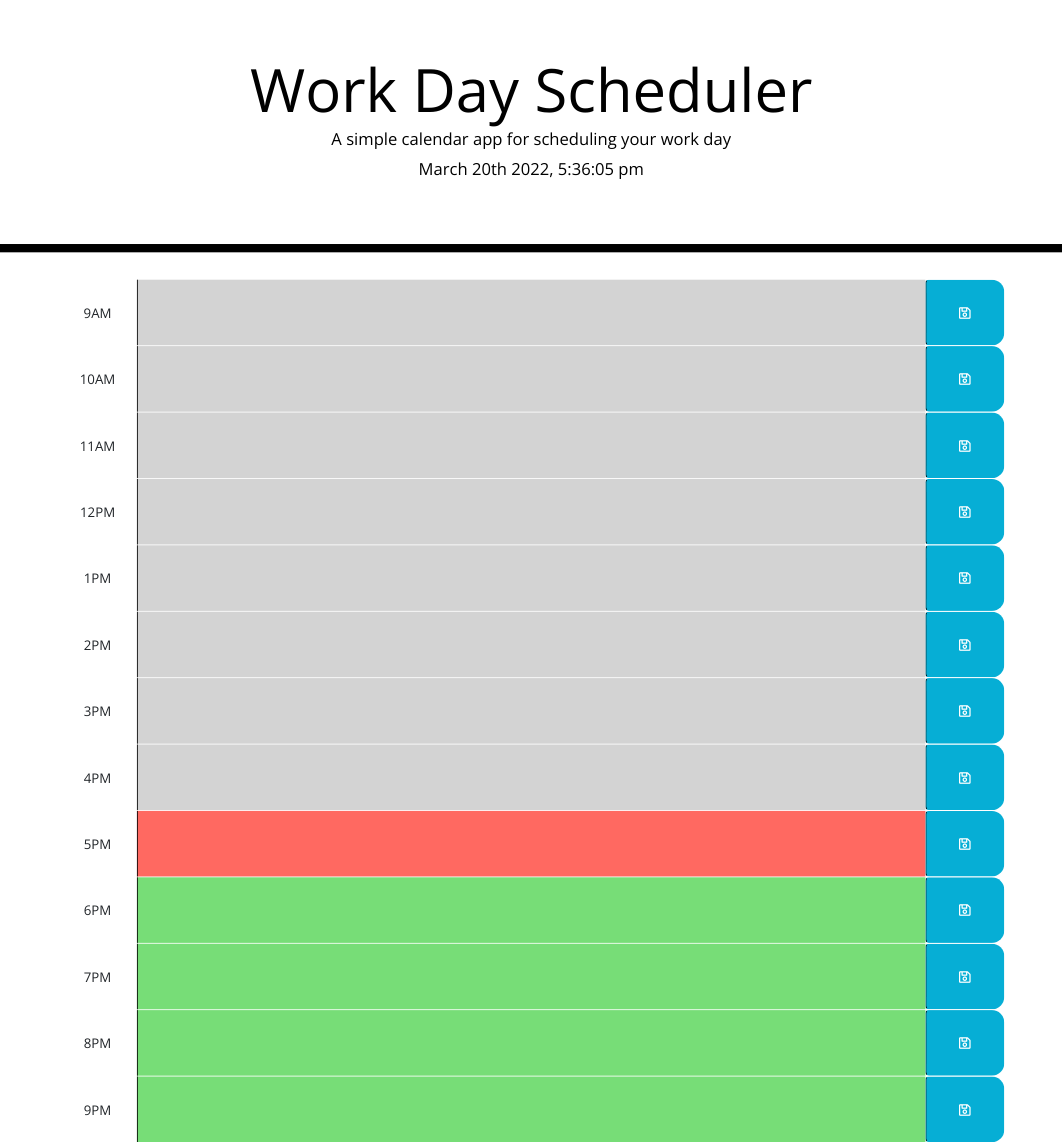
Repository: cobalt88/work-day-scheduler
Page: index.html
The author's editor kept a copy of each file at every save. The page is drawn from the files as they stood at one save, then again after the next save.
The browser window is 1280 px wide. The pictures show the whole page, at 83% of full size.
Some web libraries are served in a nearby version.

Above is the page before, as saved 2022-03-25 19:10:39.

### index.html
<!DOCTYPE html>
<html lang="en">
  <head>
    <meta charset="UTF-8" />
    <meta name="viewport" content="width=device-width, initial-scale=1.0" />
    <meta http-equiv="X-UA-Compatible" content="ie=edge" />
    <link
      rel="stylesheet"
      href="https://stackpath.bootstrapcdn.com/bootstrap/4.3.1/css/bootstrap.min.css"
    />
    <link
      rel="stylesheet"
      href="https://use.fontawesome.com/releases/v5.8.1/css/all.css"
      integrity="sha384-50oBUHEmvpQ+1lW4y57PTFmhCaXp0ML5d60M1M7uH2+nqUivzIebhndOJK28anvf"
      crossorigin="anonymous"
    />
    <link
      href="https://fonts.googleapis.com/css?family=Open+Sans&display=swap"
      rel="stylesheet"
    />
    <link rel="stylesheet" href="./assets/style.css" />
    <title>Work Day Scheduler</title>
  </head>

  <body>
    <header class="jumbotron">
      <h1 class="display-3">Work Day Scheduler</h1>
      <p class="lead">A simple calendar app for scheduling your work day</p>
      <p id="currentDay" class="lead"></p>
    </header>
    <div class="container">
      <!-- Timeblocks go here -->

      <div class="row time-block" id="9">
        <div class="col-xl-1  col-md-1 col-2">
          9AM
        </div>
        <textarea class="col-xl-10 col-md-10 col-8 "></textarea>
        <button class="btn saveBtn col-xl-1 col-md-1 col-2 far fa-save description"></button>
      </div>

      <div class="row time-block" id="10">
        <div class="col-xl-1 col-md-1 col-2">
          10AM
        </div>
        <textarea class="col-xl-10 col-md-10 col-8 "></textarea>
        <button class="btn saveBtn col-xl-1 col-md-1 col-2 far fa-save description"></button>
      </div>

      <div class="row time-block" id="11">
        <div class="col-xl-1 col-md-1 col-2">
          11AM
        </div>
        <textarea class="col-xl-10 col-md-10 col-8 "></textarea>
        <button class="btn saveBtn col-xl-1 col-md-1 col-2 far fa-save description"></button>
      </div>

      <div class="row time-block" id="12">
        <div class="col-xl-1 col-md-1 col-2">
          12PM
        </div>
        <textarea class="col-xl-10 col-md-10 col-8 "></textarea>
        <button class="btn saveBtn col-xl-1 col-md-1 col-2 far fa-save description"></button>
      </div>

      <div class="row time-block" id="13">
        <div class="col-xl-1 col-md-1 col-2">
          1PM
        </div>
        <textarea class="col-xl-10 col-md-10 col-8 "></textarea>
        <button class="btn saveBtn col-xl-1 col-md-1 col-2 far fa-save description"></button>
      </div>

      <div class="row time-block" id="14">
        <div class="col-xl-1 col-md-1 col-2">
          2PM
        </div>
        <textarea class="col-xl-10 col-md-10 col-8 "></textarea>
        <button class="btn saveBtn col-xl-1 col-md-1 col-2 far fa-save description"></button>
      </div>

      <div class="row time-block" id="15">
        <div class="col-xl-1 col-md-1 col-2">
          3PM
        </div>
        <textarea class="col-xl-10 col-md-10 col-8 "></textarea>
        <button class="btn saveBtn col-xl-1 col-md-1 col-2 far fa-save description"></button>
      </div>

      <div class="row time-block" id="16">
        <div class="col-xl-1 col-md-1 col-2">
          4PM
        </div>
        <textarea class="col-xl-10 col-md-10 col-8 "></textarea>
        <button class="btn saveBtn col-xl-1 col-md-1 col-2 far fa-save description"></button>
      </div>

      <div class="row time-block" id="17">
        <div class="col-xl-1 col-md-1 col-2">
          5PM
        </div>
        <textarea class="col-xl-10 col-md-10 col-8 "></textarea>
        <button class="btn saveBtn col-xl-1 col-md-1 col-2 far fa-save description"></button>
      </div>

      <div class="row time-block" id="18">
        <div class="col-xl-1 col-md-1 col-2">
          6PM
        </div>
        <textarea class="col-xl-10 col-md-10 col-8 "></textarea>
        <button class="btn saveBtn col-xl-1 col-md-1 col-2 far fa-save description"></button>
      </div>

      <div class="row time-block" id="19">
        <div class="col-xl-1 col-md-1 col-2">
          7PM
        </div>
        <textarea class="col-xl-10 col-md-10 col-8 "></textarea>
        <button class="btn saveBtn col-xl-1 col-md-1 col-2 far fa-save description"></button>
      </div>

      <div class="row time-block" id="20">
        <div class="col-xl-1 col-md-1 col-2">
          8PM
        </div>
        <textarea class="col-xl-10 col-md-10 col-8 "></textarea>
        <button class="btn saveBtn col-xl-1 col-md-1 col-2 far fa-save description"></button>
      </div>

      <div class="row time-block" id="21">
        <div class="col-xl-1 col-md-1 col-2">
          9PM
        </div>
        <textarea class="col-xl-10 col-md-10 col-8 "></textarea>
        <button class="btn saveBtn col-xl-1 col-md-1 col-2 far fa-save description"></button>
      </div>


    </div>

    <script src="https://code.jquery.com/jquery-3.4.1.min.js"></script>
    <script src="https://cdnjs.cloudflare.com/ajax/libs/moment.js/2.24.0/moment.min.js"></script>
    <script src="./assets/logic.js"></script>
  </body>
</html>

### assets/style.css
body {
  font-family: 'Open Sans', sans-serif;
  font-size: 16px;
  line-height: 1;
}

textarea{
  background: transparent;
  border: none;
  resize: none;
  color: #000000;
  border-left: 1px solid black;
  padding: 10px;
}

.jumbotron {
  text-align: center;
  background-color: transparent;
  color: black;
  border-radius: 0;
  border-bottom: 10px solid black;
}

.description{
  white-space: pre-wrap;
}

.time-block{
  text-align: center;
  border-radius: 15px;
}

.row {
  white-space: pre-wrap;
  height: 80px;
  border-top: 1px solid white;;
}

.hour {
  background-color: #ffffff;
  color: #000000;
  border-top: 1px dashed #000000;
}

.past {
  background-color: #d3d3d3;
  color: white;
}

.present {
  background-color: #ff6961;
  color: white;
}

.future {
  background-color: #77dd77;
  color: white;
}

.saveBtn {
  border-left: 1px solid black;
  border-top-right-radius: 15px;
  border-bottom-right-radius: 15px;
  background-color: #06AED5;
  color: white;
}

.saveBtn i:hover {
  font-size: 20px;
  transition: all .3s ease-in-out;
}

### assets/logic.js
// displays date and time a the top of the page.
function updateTime(){
var currentDate = moment().format('MMMM Do YYYY, h:mm:ss a');
$("#currentDay").html(currentDate);
}
//refreshes the date/time every 1000ms
setInterval(function() {
  updateTime();
}, 1000);


const timeBlocks = Array.from(document.getElementsByClassName('time-block'));
var currentTime = moment().format('HH');
// assigns the past present and future classes to the text content areas based on what time it is.
for (let i = 0; i < timeBlocks.length; i++) {

  var timeBlockId = parseInt(timeBlocks[i].id);
  var time = parseInt(currentTime);

  if (timeBlockId < time) {
    timeBlocks[i].children[1].className += 'past';
  }
  if (timeBlockId > time) {
    timeBlocks[i].children[1].className += 'future';
  }
  if (timeBlockId === time) {
    timeBlocks[i].children[1].className += 'present';
  }
}

$(".saveBtn").on("click", function () {
  // var value = $(this).siblings(".description").val();
  console.log($(this).siblings);
  // var time = $(this).parent().attr("id");
  // localStorage.setItem(time, value);
});


for (var i = 8; i < 20; i++) {
  $(`.hour-${i}`).val(localStorage.getItem(`hour-${i}`));
}

updateTime();
addEventListener

After the next save:
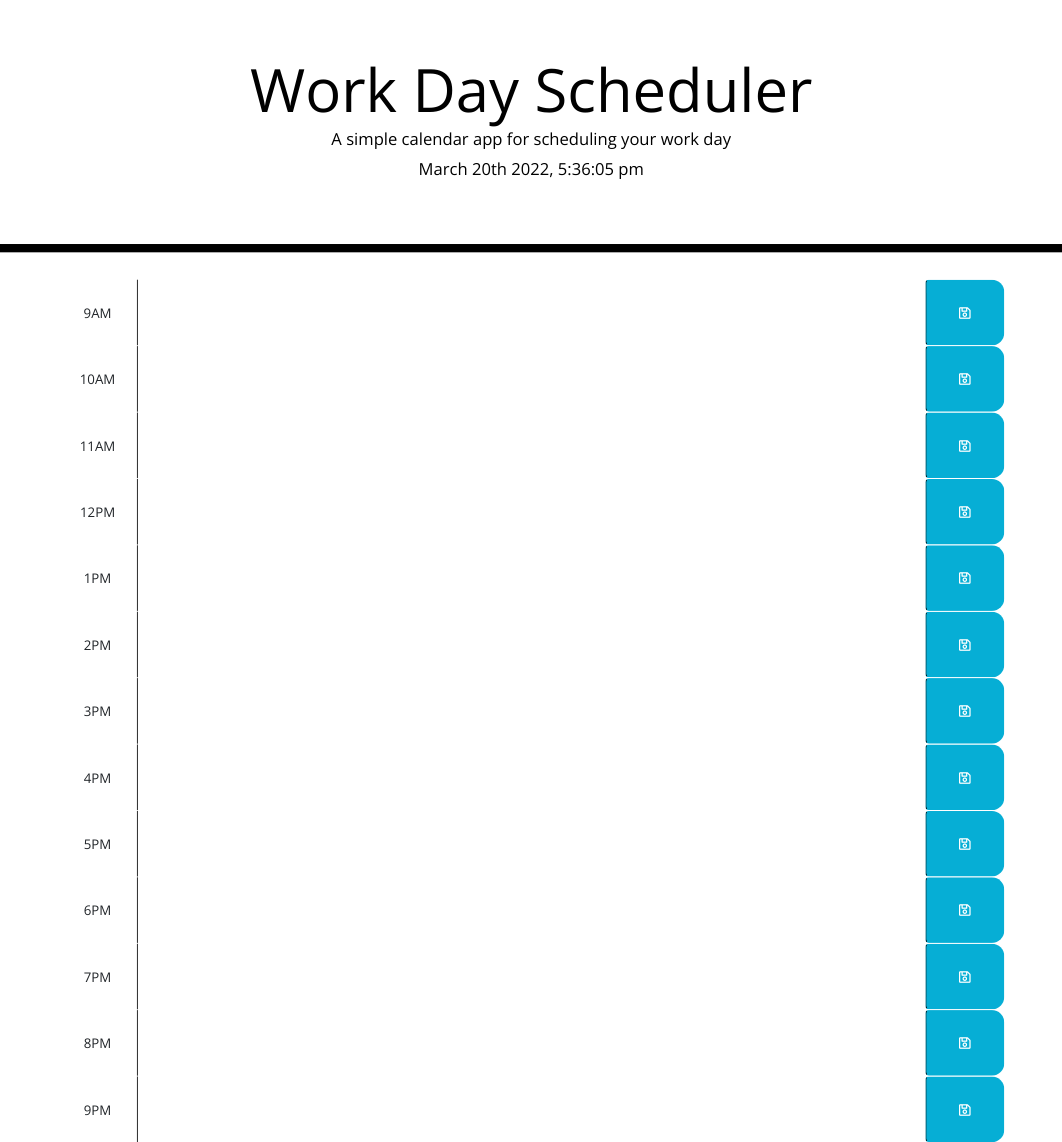
Saved 73 s later.
--- a/index.html
+++ b/index.html
@@ -35,104 +35,104 @@
         <div class="col-xl-1  col-md-1 col-2">
           9AM
         </div>
-        <textarea class="col-xl-10 col-md-10 col-8 "></textarea>
-        <button class="btn saveBtn col-xl-1 col-md-1 col-2 far fa-save description"></button>
+        <textarea class="col-xl-10 col-md-10 col-8 description"></textarea>
+        <button class="btn saveBtn col-xl-1 col-md-1 col-2 far fa-save"></button>
       </div>
 
       <div class="row time-block" id="10">
         <div class="col-xl-1 col-md-1 col-2">
           10AM
         </div>
-        <textarea class="col-xl-10 col-md-10 col-8 "></textarea>
-        <button class="btn saveBtn col-xl-1 col-md-1 col-2 far fa-save description"></button>
+        <textarea class="col-xl-10 col-md-10 col-8 description"></textarea>
+        <button class="btn saveBtn col-xl-1 col-md-1 col-2 far fa-save"></button>
       </div>
 
       <div class="row time-block" id="11">
         <div class="col-xl-1 col-md-1 col-2">
           11AM
         </div>
-        <textarea class="col-xl-10 col-md-10 col-8 "></textarea>
-        <button class="btn saveBtn col-xl-1 col-md-1 col-2 far fa-save description"></button>
+        <textarea class="col-xl-10 col-md-10 col-8 description"></textarea>
+        <button class="btn saveBtn col-xl-1 col-md-1 col-2 far fa-save"></button>
       </div>
 
       <div class="row time-block" id="12">
         <div class="col-xl-1 col-md-1 col-2">
           12PM
         </div>
-        <textarea class="col-xl-10 col-md-10 col-8 "></textarea>
-        <button class="btn saveBtn col-xl-1 col-md-1 col-2 far fa-save description"></button>
+        <textarea class="col-xl-10 col-md-10 col-8 description"></textarea>
+        <button class="btn saveBtn col-xl-1 col-md-1 col-2 far fa-save"></button>
       </div>
 
       <div class="row time-block" id="13">
         <div class="col-xl-1 col-md-1 col-2">
           1PM
         </div>
-        <textarea class="col-xl-10 col-md-10 col-8 "></textarea>
-        <button class="btn saveBtn col-xl-1 col-md-1 col-2 far fa-save description"></button>
+        <textarea class="col-xl-10 col-md-10 col-8 description"></textarea>
+        <button class="btn saveBtn col-xl-1 col-md-1 col-2 far fa-save"></button>
       </div>
 
       <div class="row time-block" id="14">
         <div class="col-xl-1 col-md-1 col-2">
           2PM
         </div>
-        <textarea class="col-xl-10 col-md-10 col-8 "></textarea>
-        <button class="btn saveBtn col-xl-1 col-md-1 col-2 far fa-save description"></button>
+        <textarea class="col-xl-10 col-md-10 col-8 description"></textarea>
+        <button class="btn saveBtn col-xl-1 col-md-1 col-2 far fa-save"></button>
       </div>
 
       <div class="row time-block" id="15">
         <div class="col-xl-1 col-md-1 col-2">
           3PM
         </div>
-        <textarea class="col-xl-10 col-md-10 col-8 "></textarea>
-        <button class="btn saveBtn col-xl-1 col-md-1 col-2 far fa-save description"></button>
+        <textarea class="col-xl-10 col-md-10 col-8 description"></textarea>
+        <button class="btn saveBtn col-xl-1 col-md-1 col-2 far fa-save"></button>
       </div>
 
       <div class="row time-block" id="16">
         <div class="col-xl-1 col-md-1 col-2">
           4PM
         </div>
-        <textarea class="col-xl-10 col-md-10 col-8 "></textarea>
-        <button class="btn saveBtn col-xl-1 col-md-1 col-2 far fa-save description"></button>
+        <textarea class="col-xl-10 col-md-10 col-8 description"></textarea>
+        <button class="btn saveBtn col-xl-1 col-md-1 col-2 far fa-save"></button>
       </div>
 
       <div class="row time-block" id="17">
         <div class="col-xl-1 col-md-1 col-2">
           5PM
         </div>
-        <textarea class="col-xl-10 col-md-10 col-8 "></textarea>
-        <button class="btn saveBtn col-xl-1 col-md-1 col-2 far fa-save description"></button>
+        <textarea class="col-xl-10 col-md-10 col-8 description"></textarea>
+        <button class="btn saveBtn col-xl-1 col-md-1 col-2 far fa-save"></button>
       </div>
 
       <div class="row time-block" id="18">
         <div class="col-xl-1 col-md-1 col-2">
           6PM
         </div>
-        <textarea class="col-xl-10 col-md-10 col-8 "></textarea>
-        <button class="btn saveBtn col-xl-1 col-md-1 col-2 far fa-save description"></button>
+        <textarea class="col-xl-10 col-md-10 col-8 description"></textarea>
+        <button class="btn saveBtn col-xl-1 col-md-1 col-2 far fa-save"></button>
       </div>
 
       <div class="row time-block" id="19">
         <div class="col-xl-1 col-md-1 col-2">
           7PM
         </div>
-        <textarea class="col-xl-10 col-md-10 col-8 "></textarea>
-        <button class="btn saveBtn col-xl-1 col-md-1 col-2 far fa-save description"></button>
+        <textarea class="col-xl-10 col-md-10 col-8 description"></textarea>
+        <button class="btn saveBtn col-xl-1 col-md-1 col-2 far fa-save"></button>
       </div>
 
       <div class="row time-block" id="20">
         <div class="col-xl-1 col-md-1 col-2">
           8PM
         </div>
-        <textarea class="col-xl-10 col-md-10 col-8 "></textarea>
-        <button class="btn saveBtn col-xl-1 col-md-1 col-2 far fa-save description"></button>
+        <textarea class="col-xl-10 col-md-10 col-8 description"></textarea>
+        <button class="btn saveBtn col-xl-1 col-md-1 col-2 far fa-save"></button>
       </div>
 
       <div class="row time-block" id="21">
         <div class="col-xl-1 col-md-1 col-2">
           9PM
         </div>
-        <textarea class="col-xl-10 col-md-10 col-8 "></textarea>
-        <button class="btn saveBtn col-xl-1 col-md-1 col-2 far fa-save description"></button>
+        <textarea class="col-xl-10 col-md-10 col-8 description"></textarea>
+        <button class="btn saveBtn col-xl-1 col-md-1 col-2 far fa-save"></button>
       </div>
 
 

After the 2 saves that followed:
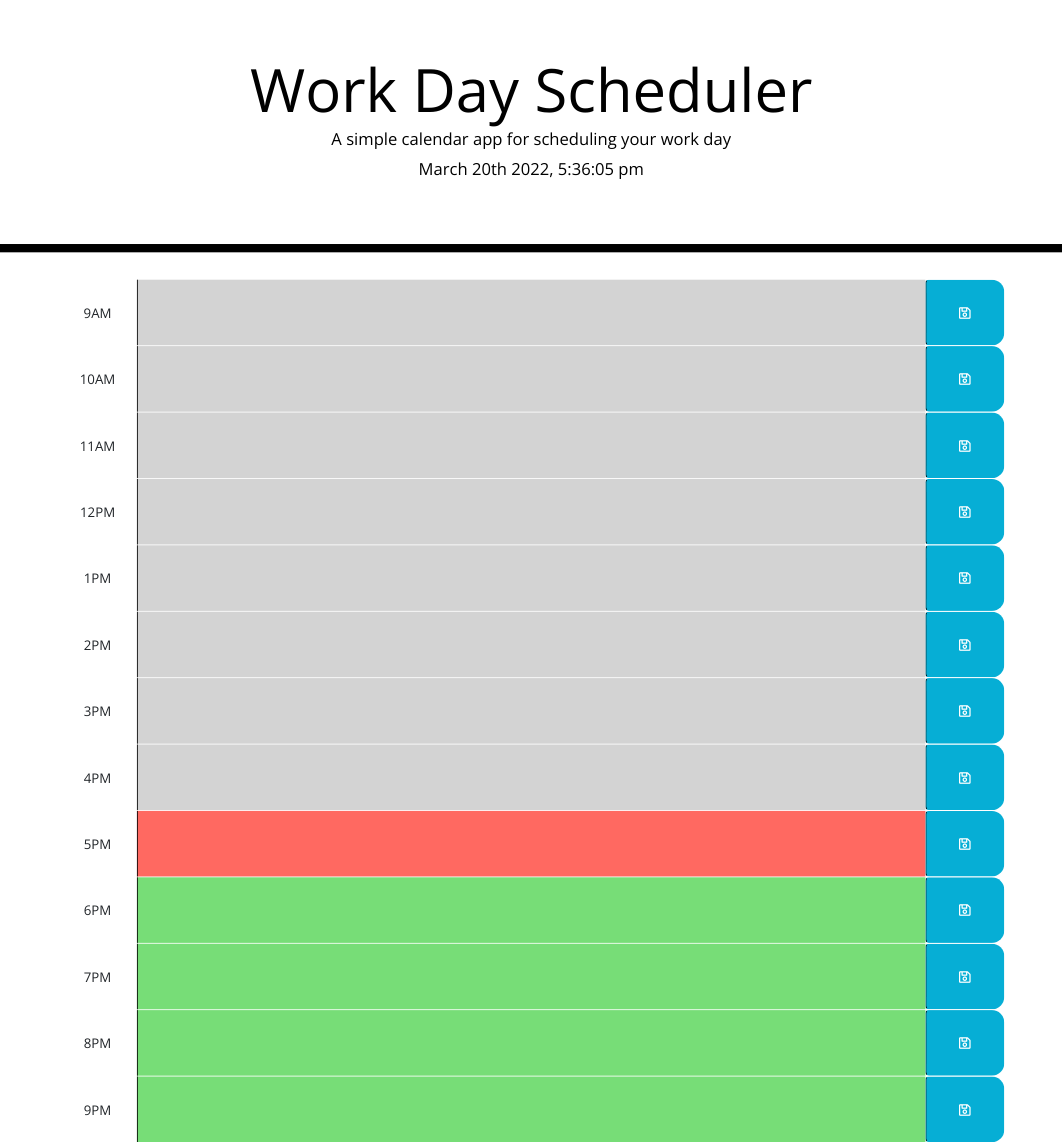
The 2 saves are shown as one change because 1 left the picture as it was.
The last was saved 96 s later.
--- a/index.html
+++ b/index.html
@@ -35,7 +35,7 @@
         <div class="col-xl-1  col-md-1 col-2">
           9AM
         </div>
-        <textarea class="col-xl-10 col-md-10 col-8 description"></textarea>
+        <textarea class="col-xl-10 col-md-10 col-8 "></textarea>
         <button class="btn saveBtn col-xl-1 col-md-1 col-2 far fa-save"></button>
       </div>
 
@@ -43,7 +43,7 @@
         <div class="col-xl-1 col-md-1 col-2">
           10AM
         </div>
-        <textarea class="col-xl-10 col-md-10 col-8 description"></textarea>
+        <textarea class="col-xl-10 col-md-10 col-8 "></textarea>
         <button class="btn saveBtn col-xl-1 col-md-1 col-2 far fa-save"></button>
       </div>
 
@@ -51,7 +51,7 @@
         <div class="col-xl-1 col-md-1 col-2">
           11AM
         </div>
-        <textarea class="col-xl-10 col-md-10 col-8 description"></textarea>
+        <textarea class="col-xl-10 col-md-10 col-8 "></textarea>
         <button class="btn saveBtn col-xl-1 col-md-1 col-2 far fa-save"></button>
       </div>
 
@@ -59,7 +59,7 @@
         <div class="col-xl-1 col-md-1 col-2">
           12PM
         </div>
-        <textarea class="col-xl-10 col-md-10 col-8 description"></textarea>
+        <textarea class="col-xl-10 col-md-10 col-8 "></textarea>
         <button class="btn saveBtn col-xl-1 col-md-1 col-2 far fa-save"></button>
       </div>
 
@@ -67,7 +67,7 @@
         <div class="col-xl-1 col-md-1 col-2">
           1PM
         </div>
-        <textarea class="col-xl-10 col-md-10 col-8 description"></textarea>
+        <textarea class="col-xl-10 col-md-10 col-8 "></textarea>
         <button class="btn saveBtn col-xl-1 col-md-1 col-2 far fa-save"></button>
       </div>
 
@@ -75,7 +75,7 @@
         <div class="col-xl-1 col-md-1 col-2">
           2PM
         </div>
-        <textarea class="col-xl-10 col-md-10 col-8 description"></textarea>
+        <textarea class="col-xl-10 col-md-10 col-8 "></textarea>
         <button class="btn saveBtn col-xl-1 col-md-1 col-2 far fa-save"></button>
       </div>
 
@@ -83,7 +83,7 @@
         <div class="col-xl-1 col-md-1 col-2">
           3PM
         </div>
-        <textarea class="col-xl-10 col-md-10 col-8 description"></textarea>
+        <textarea class="col-xl-10 col-md-10 col-8 "></textarea>
         <button class="btn saveBtn col-xl-1 col-md-1 col-2 far fa-save"></button>
       </div>
 
@@ -91,7 +91,7 @@
         <div class="col-xl-1 col-md-1 col-2">
           4PM
         </div>
-        <textarea class="col-xl-10 col-md-10 col-8 description"></textarea>
+        <textarea class="col-xl-10 col-md-10 col-8 "></textarea>
         <button class="btn saveBtn col-xl-1 col-md-1 col-2 far fa-save"></button>
       </div>
 
@@ -99,7 +99,7 @@
         <div class="col-xl-1 col-md-1 col-2">
           5PM
         </div>
-        <textarea class="col-xl-10 col-md-10 col-8 description"></textarea>
+        <textarea class="col-xl-10 col-md-10 col-8 "></textarea>
         <button class="btn saveBtn col-xl-1 col-md-1 col-2 far fa-save"></button>
       </div>
 
@@ -107,7 +107,7 @@
         <div class="col-xl-1 col-md-1 col-2">
           6PM
         </div>
-        <textarea class="col-xl-10 col-md-10 col-8 description"></textarea>
+        <textarea class="col-xl-10 col-md-10 col-8 "></textarea>
         <button class="btn saveBtn col-xl-1 col-md-1 col-2 far fa-save"></button>
       </div>
 
@@ -115,7 +115,7 @@
         <div class="col-xl-1 col-md-1 col-2">
           7PM
         </div>
-        <textarea class="col-xl-10 col-md-10 col-8 description"></textarea>
+        <textarea class="col-xl-10 col-md-10 col-8 "></textarea>
         <button class="btn saveBtn col-xl-1 col-md-1 col-2 far fa-save"></button>
       </div>
 
@@ -123,7 +123,7 @@
         <div class="col-xl-1 col-md-1 col-2">
           8PM
         </div>
-        <textarea class="col-xl-10 col-md-10 col-8 description"></textarea>
+        <textarea class="col-xl-10 col-md-10 col-8 "></textarea>
         <button class="btn saveBtn col-xl-1 col-md-1 col-2 far fa-save"></button>
       </div>
 
@@ -131,7 +131,7 @@
         <div class="col-xl-1 col-md-1 col-2">
           9PM
         </div>
-        <textarea class="col-xl-10 col-md-10 col-8 description"></textarea>
+        <textarea class="col-xl-10 col-md-10 col-8 "></textarea>
         <button class="btn saveBtn col-xl-1 col-md-1 col-2 far fa-save"></button>
       </div>
 
--- a/assets/logic.js
+++ b/assets/logic.js
@@ -30,7 +30,7 @@ for (let i = 0; i < timeBlocks.length; i++) {
 
 $(".saveBtn").on("click", function () {
   // var value = $(this).siblings(".description").val();
-  console.log($(this).siblings);
+  console.log($(this).siblings('.description'));
   // var time = $(this).parent().attr("id");
   // localStorage.setItem(time, value);
 });
